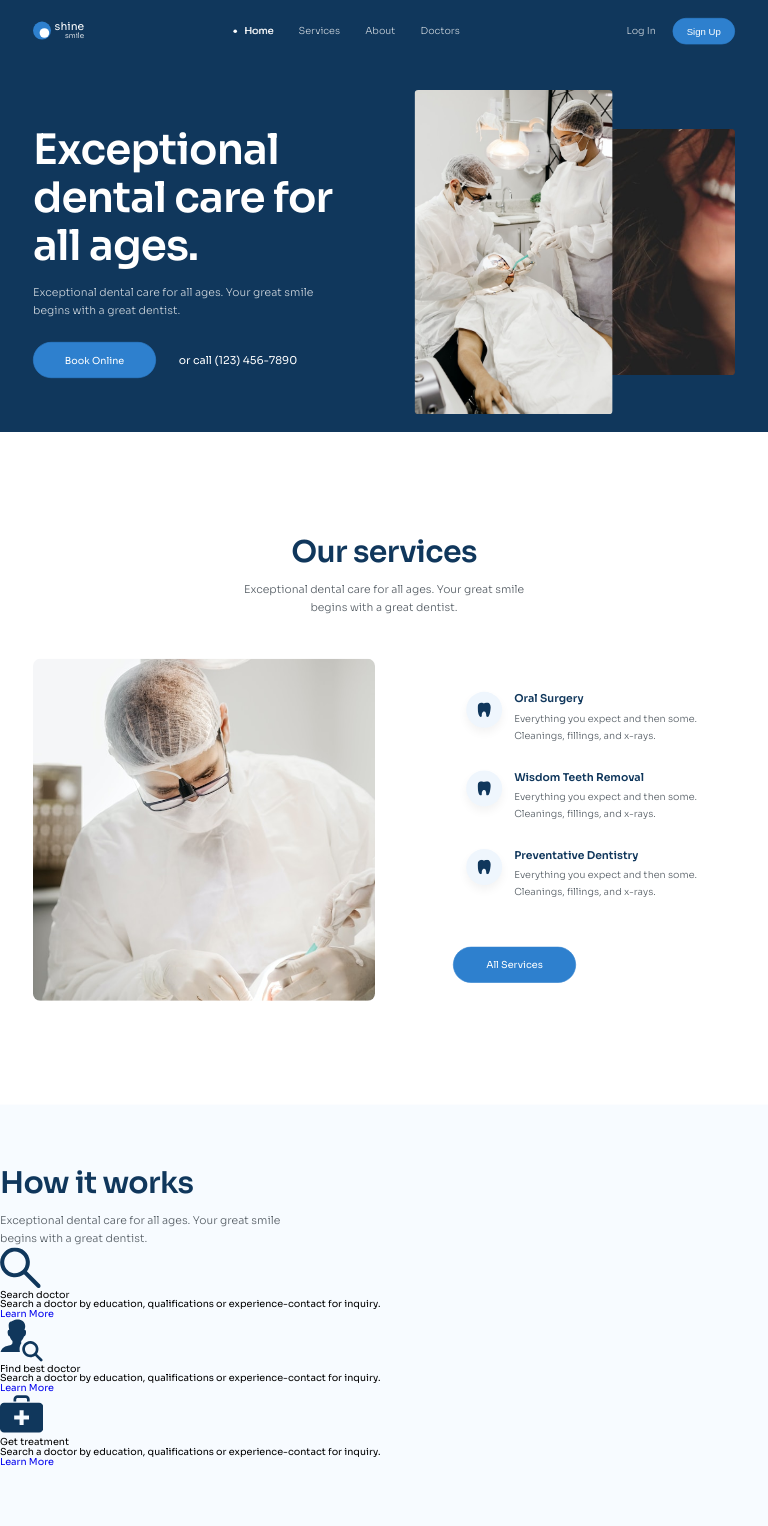
Repository: anhtien111198/f8-htmlcss-03
Page: index.html
An editor plug-in stored every save of this project. The page is shown before and after the next save, followed by the edit.
The browser window is 1280 px wide. The pictures show the whole page, at 60% of full size.

Above is the page before, as saved 2023-05-13 14:25:00.

### index.html
<!DOCTYPE html>
<html lang="en">
    <head>
        <meta charset="UTF-8" />
        <meta http-equiv="X-UA-Compatible" content="IE=edge" />
        <meta name="viewport" content="width=device-width, initial-scale=1.0" />
        <title>shine smile</title>
        <!-- favicon -->
        <link
            rel="apple-touch-icon"
            sizes="57x57"
            href="./assets/favicon/apple-icon-57x57.png"
        />
        <link
            rel="apple-touch-icon"
            sizes="60x60"
            href="./assets/favicon/apple-icon-60x60.png"
        />
        <link
            rel="apple-touch-icon"
            sizes="72x72"
            href="./assets/favicon/apple-icon-72x72.png"
        />
        <link
            rel="apple-touch-icon"
            sizes="76x76"
            href="./assets/favicon/apple-icon-76x76.png"
        />
        <link
            rel="apple-touch-icon"
            sizes="114x114"
            href="./assets/favicon/apple-icon-114x114.png"
        />
        <link
            rel="apple-touch-icon"
            sizes="120x120"
            href="./assets/favicon/apple-icon-120x120.png"
        />
        <link
            rel="apple-touch-icon"
            sizes="144x144"
            href="./assets/favicon/apple-icon-144x144.png"
        />
        <link
            rel="apple-touch-icon"
            sizes="152x152"
            href="./assets/favicon/apple-icon-152x152.png"
        />
        <link
            rel="apple-touch-icon"
            sizes="180x180"
            href="./assets/favicon/apple-icon-180x180.png"
        />
        <link
            rel="icon"
            type="image/png"
            sizes="192x192"
            href="./assets/favicon/android-icon-192x192.png"
        />
        <link
            rel="icon"
            type="image/png"
            sizes="32x32"
            href="./assets/favicon/favicon-32x32.png"
        />
        <link
            rel="icon"
            type="image/png"
            sizes="96x96"
            href="./assets/favicon/favicon-96x96.png"
        />
        <link
            rel="icon"
            type="image/png"
            sizes="16x16"
            href="./assets/favicon/favicon-16x16.png"
        />
        <link rel="manifest" href="./assets/favicon/manifest.json" />
        <meta name="msapplication-TileColor" content="#ffffff" />
        <meta
            name="msapplication-TileImage"
            content="./assets/favicon/ms-icon-144x144.png"
        />
        <meta name="theme-color" content="#ffffff" />
        <!-- font -->
        <link rel="preconnect" href="https://fonts.googleapis.com" />
        <link rel="preconnect" href="https://fonts.gstatic.com" crossorigin />
        <link
            href="https://fonts.googleapis.com/css2?family=Sora:wght@200;300;400;500;600;700;800&display=swap"
            rel="stylesheet"
        />
        <!-- reset css -->
        <link rel="stylesheet" href="./assets/css/reset.css" />
        <!-- style css -->
        <link rel="stylesheet" href="./assets/css/style.css" />
    </head>
    <body>
        <!-- header -->
        <header class="header">
            <div class="container">
                <!-- header top -->
                <div class="header-top">
                    <!-- logo -->
                    <a href="/">
                        <div class="logo">
                            <span class="logo__circle"></span>
                            <span class="logo__text">
                                <span class="logo__brand">shine</span>
                                <span class="logo__brand logo__brand--small">
                                    smile
                                </span>
                            </span>
                        </div>
                    </a>
                    <!-- navbar -->
                    <nav class="navbar">
                        <ul class="navbar__list">
                            <li class="navbar__item">
                                <a
                                    href="#!"
                                    class="navbar__link navbar__link--active"
                                >
                                    Home
                                </a>
                            </li>
                            <li class="navbar__item">
                                <a href="#!" class="navbar__link">Services</a>
                            </li>
                            <li class="navbar__item">
                                <a href="#!" class="navbar__link">About</a>
                            </li>
                            <li class="navbar__item">
                                <a href="#!" class="navbar__link">Doctors</a>
                            </li>
                        </ul>
                    </nav>
                    <!-- action -->
                    <div class="header-action">
                        <a href="#!" class="header-action__login">Log In</a>
                        <button href="#!" class="btn header-action__signup">
                            Sign Up
                        </button>
                    </div>
                </div>
                <!-- Hero -->
                <section class="hero">
                    <!-- hero content -->
                    <section class="hero__content">
                        <h1 class="hero__heading">
                            Exceptional dental care for all ages.
                        </h1>
                        <p class="hero__desc">
                            Exceptional dental care for all ages. Your great
                            smile begins with a great dentist.
                        </p>
                        <div class="hero__row">
                            <a href="" class="btn">Book Online</a>
                            <span class="hero__phone"
                                >or call (123) 456-7890</span
                            >
                        </div>
                    </section>
                    <!-- hero media -->
                    <div class="hero__media">
                        <figure class="hero__images">
                            <img
                                src="./assets/image/hero-01jpg.jpg"
                                alt=""
                                class="hero__img"
                            />
                            <img
                                src="./assets/image/hero-02.jpg"
                                alt=""
                                class="hero__img"
                            />
                        </figure>
                    </div>
                </section>
            </div>
        </header>
        <main style="height: 5000">
            <!-- service -->
            <section class="service">
                <div class="container">
                    <h2 class="service__heading section-heading">
                        Our services
                    </h2>
                    <p class="service__desc section-desc">
                        Exceptional dental care for all ages. Your great smile
                        begins with a great dentist.
                    </p>
                    <div class="service__row">
                        <figure class="service__images">
                            <img
                                src="./assets/image/service-1.jpg"
                                alt=""
                                class="service__img"
                            />
                        </figure>
                        <div>
                            <div class="service__list">
                                <!-- service item 1 -->
                                <section class="service-item">
                                    <div class="service-item__icon">
                                        <svg
                                            width="22"
                                            height="24"
                                            viewBox="0 0 22 24"
                                            fill="none"
                                            xmlns="http://www.w3.org/2000/svg"
                                        >
                                            <path
                                                d="M20.3598 2.63964C17.9506 -0.556131 14.2772 -0.568132 11.2481 1.10682C11.001 1.24657 10.7219 1.31411 10.4406 1.30222C10.1592 1.29033 9.88633 1.19945 9.65105 1.03931C8.49552 0.245717 7.29036 -0.316477 5.13904 0.207462C0.623408 1.3071 0 4.90379 0 8.99816C0.0797353 12.1602 0.500857 15.3032 1.25551 18.3683C2.11836 22.0168 3.90382 24 5.43354 24C6.96326 24 7.00963 22.2204 7.00963 20.8016C7.00963 19.2009 7.39505 14.8009 10.8642 14.8009C13.5317 14.8009 14.3333 18.4013 14.3333 20.8016C14.3329 23.095 15.1722 24 16.6628 24C19.5267 24 20.9796 15.3938 21.3719 13.1237C21.7642 10.8535 22.9882 6.12569 20.3598 2.63964Z"
                                                fill="currentColor"
                                            />
                                        </svg>
                                    </div>
                                    <div class="service-item__body">
                                        <h3 class="service-item__heading">
                                            Oral Surgery
                                        </h3>
                                        <p class="service-item__desc">
                                            Everything you expect and then some.
                                            Cleanings, fillings, and x-rays.
                                        </p>
                                    </div>
                                </section>
                                <!-- service item 2 -->
                                <section class="service-item">
                                    <div class="service-item__icon">
                                        <svg
                                            width="22"
                                            height="24"
                                            viewBox="0 0 22 24"
                                            fill="none"
                                            xmlns="http://www.w3.org/2000/svg"
                                        >
                                            <path
                                                d="M20.3598 2.63964C17.9506 -0.556131 14.2772 -0.568132 11.2481 1.10682C11.001 1.24657 10.7219 1.31411 10.4406 1.30222C10.1592 1.29033 9.88633 1.19945 9.65105 1.03931C8.49552 0.245717 7.29036 -0.316477 5.13904 0.207462C0.623408 1.3071 0 4.90379 0 8.99816C0.0797353 12.1602 0.500857 15.3032 1.25551 18.3683C2.11836 22.0168 3.90382 24 5.43354 24C6.96326 24 7.00963 22.2204 7.00963 20.8016C7.00963 19.2009 7.39505 14.8009 10.8642 14.8009C13.5317 14.8009 14.3333 18.4013 14.3333 20.8016C14.3329 23.095 15.1722 24 16.6628 24C19.5267 24 20.9796 15.3938 21.3719 13.1237C21.7642 10.8535 22.9882 6.12569 20.3598 2.63964Z"
                                                fill="currentColor"
                                            />
                                        </svg>
                                    </div>
                                    <div class="service-item__body">
                                        <h3 class="service-item__heading">
                                            Wisdom Teeth Removal
                                        </h3>
                                        <p class="service-item__desc">
                                            Everything you expect and then some.
                                            Cleanings, fillings, and x-rays.
                                        </p>
                                    </div>
                                </section>
                                <!-- service item 3 -->
                                <section class="service-item">
                                    <div class="service-item__icon">
                                        <svg
                                            width="22"
                                            height="24"
                                            viewBox="0 0 22 24"
                                            fill="none"
                                            xmlns="http://www.w3.org/2000/svg"
                                        >
                                            <path
                                                d="M20.3598 2.63964C17.9506 -0.556131 14.2772 -0.568132 11.2481 1.10682C11.001 1.24657 10.7219 1.31411 10.4406 1.30222C10.1592 1.29033 9.88633 1.19945 9.65105 1.03931C8.49552 0.245717 7.29036 -0.316477 5.13904 0.207462C0.623408 1.3071 0 4.90379 0 8.99816C0.0797353 12.1602 0.500857 15.3032 1.25551 18.3683C2.11836 22.0168 3.90382 24 5.43354 24C6.96326 24 7.00963 22.2204 7.00963 20.8016C7.00963 19.2009 7.39505 14.8009 10.8642 14.8009C13.5317 14.8009 14.3333 18.4013 14.3333 20.8016C14.3329 23.095 15.1722 24 16.6628 24C19.5267 24 20.9796 15.3938 21.3719 13.1237C21.7642 10.8535 22.9882 6.12569 20.3598 2.63964Z"
                                                fill="currentColor"
                                            />
                                        </svg>
                                    </div>
                                    <div class="service-item__body">
                                        <h3 class="service-item__heading">
                                            Preventative Dentistry
                                        </h3>
                                        <p class="service-item__desc">
                                            Everything you expect and then some.
                                            Cleanings, fillings, and x-rays.
                                        </p>
                                    </div>
                                </section>
                            </div>
                            <a href="#!" class="btn">All Services</a>
                        </div>
                    </div>
                </div>
            </section>
            <!-- how its works -->
            <section class="work">
                <h2 class="section-heading">How it works</h2>
                <p class="section-desc work__desc">
                    Exceptional dental care for all ages. Your great smile
                    begins with a great dentist.
                </p>
                <div class="work__list">
                    <!-- work item 1 -->
                    <div class="work-item">
                        <img
                            src="./assets/icons/search.svg"
                            alt=""
                            class="work-item__icon"
                        />
                        <h3 class="work-item__heading">Search doctor</h3>
                        <p class="work-item__desc">
                            Search a doctor by education, qualifications or
                            experience-contact for inquiry.
                        </p>
                        <a href="#!" class="work__more">Learn More</a>
                    </div>
                    <!-- work item 2 -->
                    <div class="work-item">
                        <img
                            src="./assets/icons/search-user.svg"
                            alt=""
                            class="work-item__icon"
                        />
                        <h3 class="work-item__heading">Find best doctor</h3>
                        <p class="work-item__desc">
                            Search a doctor by education, qualifications or
                            experience-contact for inquiry.
                        </p>
                        <a href="#!" class="work__more">Learn More</a>
                    </div>
                    <!-- work item 3 -->
                    <div class="work-item">
                        <img
                            src="./assets/icons/bag.svg"
                            alt=""
                            class="work-item__icon"
                        />
                        <h3 class="work-item__heading">Get treatment</h3>
                        <p class="work-item__desc">
                            Search a doctor by education, qualifications or
                            experience-contact for inquiry.
                        </p>
                        <a href="#!" class="work__more">Learn More</a>
                    </div>
                </div>
            </section>
        </main>
    </body>
</html>

### assets/css/style.css
* {
    box-sizing: border-box;
}
:root {
    --header-bg: #10375c;
}
html {
    font-size: 62.5%;
}
body {
    font-size: 1.6rem;
    font-family: "Sora", sans-serif;
}
/* ======Common========= */
a {
    text-decoration: none;
}
.container {
    width: 1170px;
    max-width: calc(100% - 48px);
    margin: 0 auto;
}
.btn {
    --height: 60px;
    display: inline-block;
    min-width: 205px;
    height: var(--height);
    padding: 0 20px;
    border-radius: 99px;
    border: 1px solid #2e80ce;
    font-size: 1.6rem;
    font-weight: 400;
    line-height: var(--height);
    color: #fff;
    text-align: center;
    background: #2e80ce;
}
.btn:hover {
    opacity: 0.9;
    cursor: pointer;
}
.section-heading {
    font-weight: 600;
    font-size: 5rem;
    line-height: 1.2;
    letter-spacing: -0.02em;
    color: #10375c;
}
.section-desc {
    margin-top: 18px;
    font-weight: 300;
    font-size: 1.8rem;
    line-height: 1.67;
    color: #575f66;
}
/* ========header============= */
.header {
    min-height: 100vh;
    padding-top: 30px;
    background: var(--header-bg);
}
.logo {
    position: relative;
    display: inline-flex;
    font-size: 1rem;
}
.logo__circle::after,
.logo__circle::before {
    content: "";
    display: inline-block;
    border-radius: 50%;
}
.logo__circle::before {
    width: 3em;
    height: 3em;
    background: #2e80ce;
}
.logo__circle::after {
    position: absolute;
    top: 1.1em;
    left: 1.1em;
    width: 1.6em;
    height: 1.6em;
    background: #ffffff;
}
.logo__text {
    margin-left: 0.6em;
    text-align: right;
    line-height: 1.6em;
}
.logo__brand {
    display: block;
    font-size: 1.8em;
    font-weight: 400;
    color: #ffffff;
}
.logo__brand--small {
    font-size: 1.2em;
    font-weight: 300;
}
/* ========Header top========== */
.header-top {
    display: flex;
    align-items: center;
    justify-content: space-between;
}
.navbar__list {
    display: flex;
}
.header-action__login,
.navbar__link {
    padding: 4px 21px;
    font-weight: 300;
    font-size: 1.6rem;
    color: #c9d2da;
}
.navbar__link:hover,
.navbar__link--active {
    color: #fff;
    text-shadow: 1px 0 0 currentColor;
}
.navbar__link--active::before {
    position: relative;
    top: -2px;
    left: -8px;
    content: "";
    display: inline-block;
    width: 6px;
    height: 6px;
    border-radius: 50%;
    background: #fff;
}
.header-action {
    display: flex;
    align-items: center;
}
.header-action__login {
    margin-right: 7px;
}
.header-action__signup {
    --height: 44px;
    min-width: 104px;
}
/* ========hero=========== */
.hero {
    display: flex;
    align-items: center;
    margin-top: 76px;
}
.hero__content {
    flex-shrink: 0;
    width: 44%;
}
.hero__media {
    flex-grow: 1;
}
.hero__heading {
    font-weight: 600;
    font-size: 7rem;
    line-height: 1.14;
    letter-spacing: -0.02em;
    color: #ffffff;
}
.hero__desc {
    margin-top: 22px;
    font-weight: 300;
    font-size: 1.8rem;
    line-height: 1.67;
    color: #c9d2da;
}
.hero__row {
    display: flex;
    align-items: center;
    margin-top: 38px;
}
.hero__phone {
    margin-left: 38px;
    font-weight: 400;
    font-size: 1.8rem;
    line-height: 1.67;
    color: #ffffff;
}
.hero__images {
    display: flex;
    align-items: center;
    justify-content: flex-end;
}
.hero__img {
    width: 330px;
    height: 540px;
    border-radius: 6px;
    object-fit: cover;
}
.hero__img:first-child {
    position: relative;
    margin-right: -6px;
}
.hero__img:last-child {
    width: 210px;
    height: 410px;
}
/* ========service=========== */
.service {
    padding: 170px 0;
}
.service__heading,
.service__desc {
    text-align: center;
}
.service__desc {
    width: 468px;
    margin-left: auto;
    margin-right: auto;
}
.service__row {
    display: flex;
    align-items: center;
    justify-content: space-between;
    margin-top: 70px;
}
.service__img {
    width: 570px;
    height: 570px;
    border-radius: 12px;
    object-fit: cover;
}
.service__list {
    margin-bottom: 55px;
}
/* =====service item========= */
.service-item {
    display: flex;
    width: 470px;
    padding: 22px;
    background: #ffffff;
    border-radius: 10px;
    transition: 0.25s;
}
.service-item:hover {
    position: relative;
    box-shadow: 0px 14px 28px rgba(0, 0, 0, 0.05);
}
.service-item:hover .service-item__icon {
    background: #2e80ce;
    color: #fff;
}
.service-item__icon {
    display: flex;
    align-items: center;
    justify-content: center;
    flex-shrink: 0;
    width: 60px;
    height: 60px;
    border-radius: 50%;
    color: #10375c;
    background: #eff6fd;
    box-shadow: 0px 8px 16px rgba(0, 0, 0, 0.05);
    transition: 0.25s;
}
.service-item__body {
    margin-left: 20px;
}
.service-item__heading {
    font-weight: 600;
    font-size: 1.8rem;
    line-height: 1.27;
    color: #10375c;
}
.service-item__desc {
    margin-top: 8px;
    font-weight: 300;
    font-size: 1.6rem;
    line-height: 1.75;
    color: #575f66;
}
/* ========work======= */
.work {
    padding: 100px 0;
    background: #f7fbff;
}
.work__desc {
    width: 468px;
}

Loaded but not shown: assets/css/reset.css (common file)

After the next save:
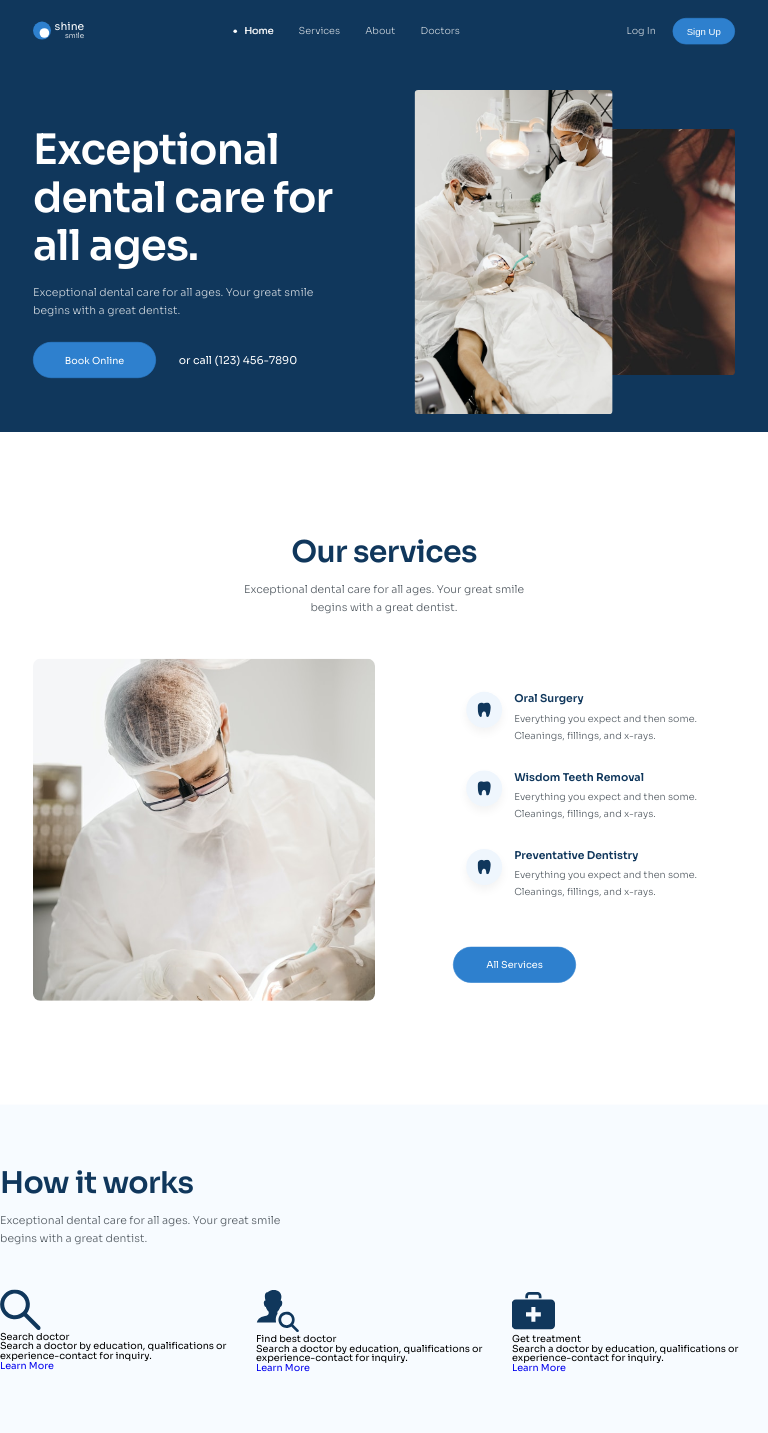
Saved 2 min 29 s later.
--- a/assets/css/style.css
+++ b/assets/css/style.css
@@ -281,3 +281,8 @@
 .work__desc {
     width: 468px;
 }
+.work__list {
+    display: grid;
+    grid-template-columns: repeat(3, 1fr);
+    margin-top: 70px;
+}
